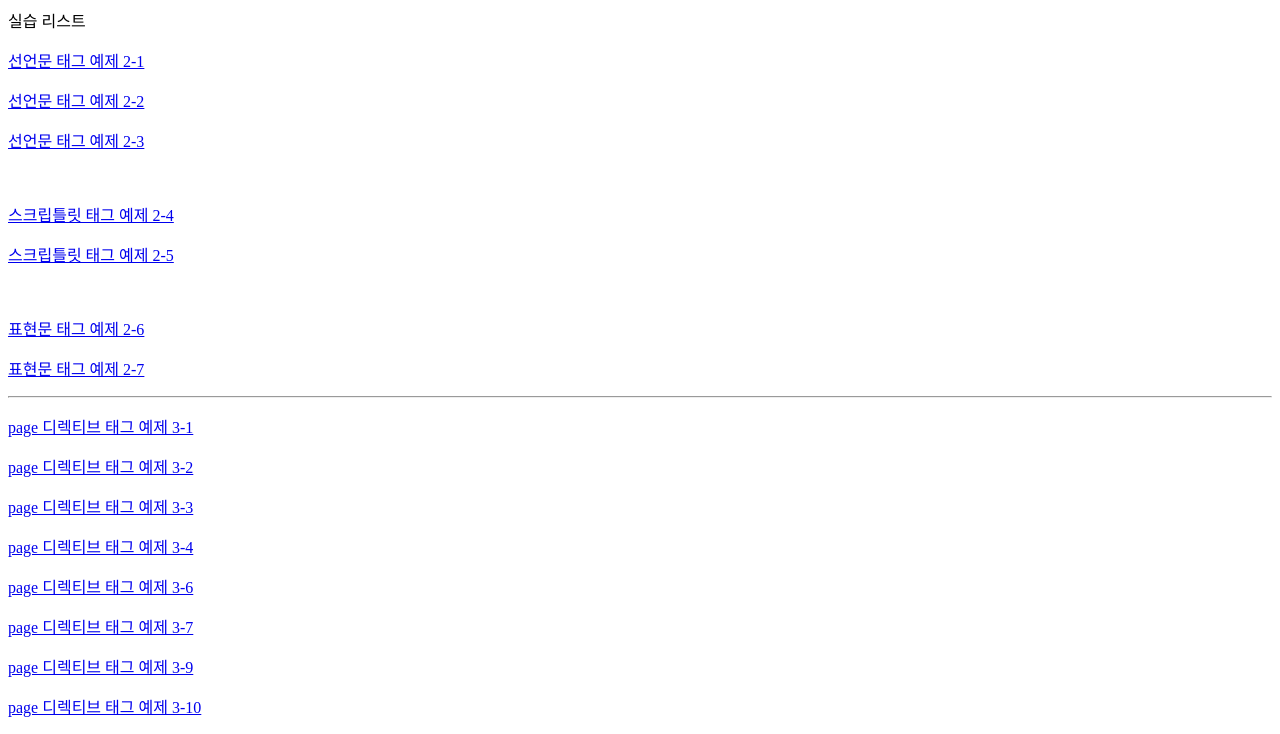
Repository: man332414/myJspStudy
Page: http://localhost/jspbook/
The author's editor kept a copy of each file at every save. The page is drawn from the files as they stood at one save, then again after the next save.
The browser window is 1280 px wide. The pictures show the whole page.
The page is served by Tomcat 10. Nobody is signed in. The application's start-up code is not run.

Above is the page before, as saved 2024-10-08 07:41:45.

After the next save:
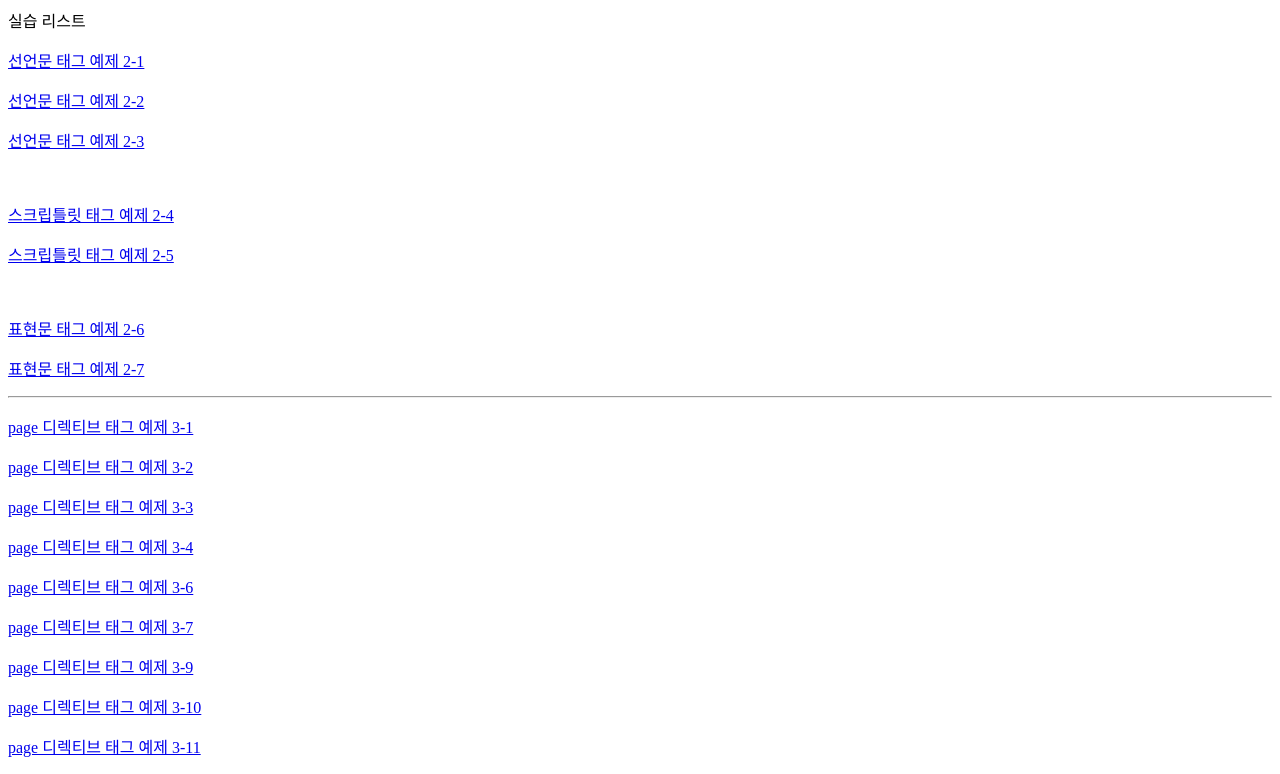
Saved 26 s later.
--- a/jspbook/src/main/webapp/index.jsp
+++ b/jspbook/src/main/webapp/index.jsp
@@ -26,6 +26,7 @@
 	<p><a href = "3_7"> page 디렉티브 태그 예제 3-7</a></p>
 	<p><a href = "3_9"> page 디렉티브 태그 예제 3-9</a></p>
 	<p><a href = "3_10"> page 디렉티브 태그 예제 3-10</a></p>
+	<p><a href = "3_11"> page 디렉티브 태그 예제 3-11</a></p>
 
 </body>
 </html>
